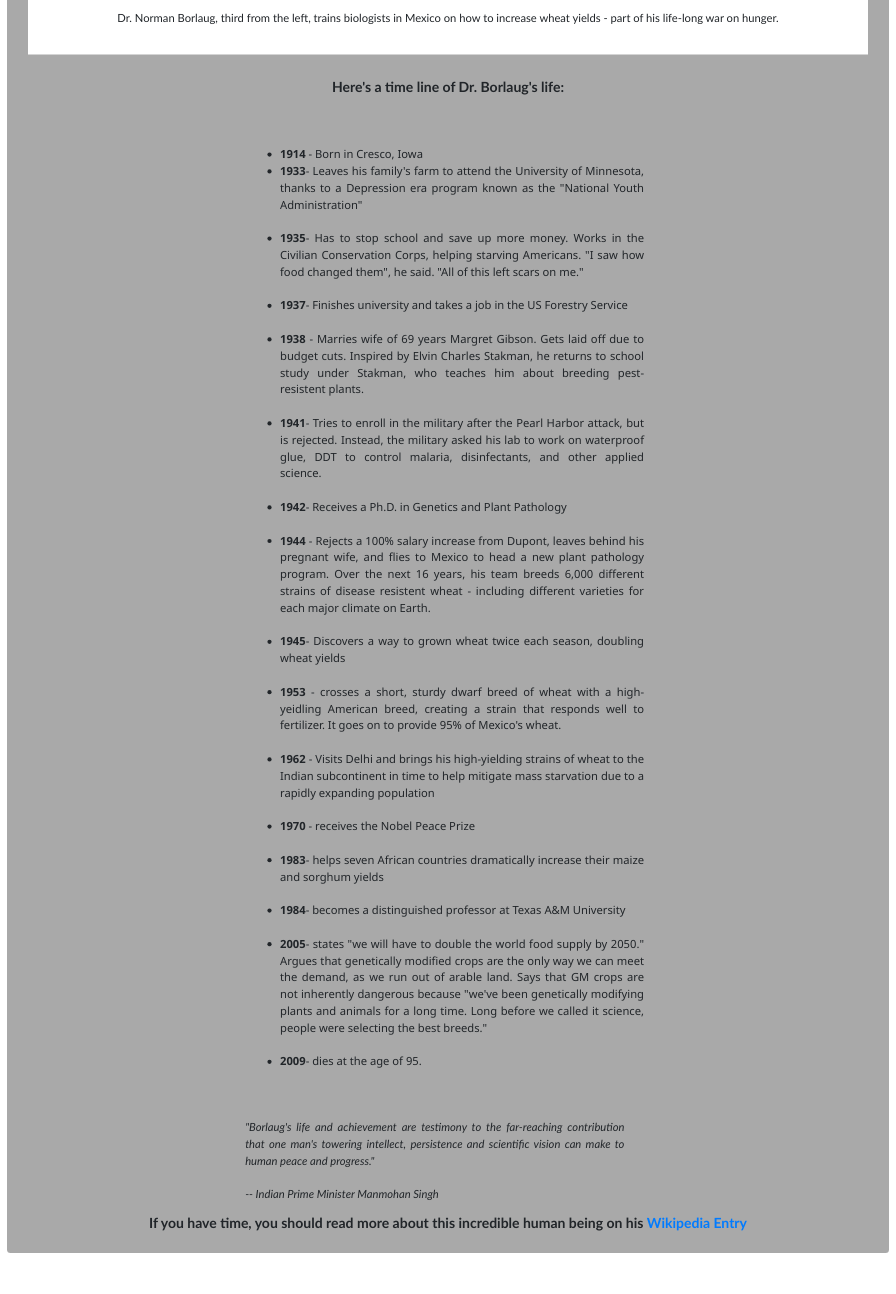
Repository: AbdulWahabRaza123/tributePage
Page: index.html
These files come from the project's save history. The page is drawn as it stood at one moment and after the next save; the edit follows.
The browser window is 1280 px wide. The pictures show the part of the page from y = 827 to 2747 px (the page is 2675 px tall before and 2747 px after), at 70% of full size.

Above is the page before, as saved 2021-09-02 17:48:32.

### index.html
<!doctype html>
<html lang="en">

<head>
    <!-- Required meta tags -->
    <meta charset="utf-8">
    <meta name="viewport" content="width=device-width, initial-scale=1, shrink-to-fit=no">

    <!-- Bootstrap CSS -->
    <link rel="stylesheet" href="https://cdn.jsdelivr.net/npm/bootstrap@4.6.0/dist/css/bootstrap.min.css" integrity="sha384-B0vP5xmATw1+K9KRQjQERJvTumQW0nPEzvF6L/Z6nronJ3oUOFUFpCjEUQouq2+l" crossorigin="anonymous">

    <title>FCC: Tribute Page</title>
    <link rel="stylesheet" href="new.css">
</head>

<body>
    <header id="Nav">
        <div class="A-Button">
            <center><a href="#" id="A-Link">A</a></center>
        </div>
        <img id="image" src="logo.PNG " alt="Logo " width:4px height:4px>
        <div class="Web-Name">
            <b>FCC: Tribute Page</b>
        </div>

        <a href="#" id="Web-Link">FreeCodeCamp.org</a>
        <button id="follow-button">+ Follow</button>

    </header>
    <main id="main">
        <br>
        <h1 id="title">Dr. Norman Borlaug</h1>
        The Man Who Saved the Millions Lives.

        <div id="img-div">
            <img div="image2" src="img.PNG" alt="Picture">
            <p div="img-caption"><br>Dr. Norman Borlaug, third from the left, trains biologists in Mexico on how to increase wheat yields - part of his life-long war on hunger.</p><br>
        </div>
        <div id="tribute-info">
            <b id="Heading">Here's a time line of Dr. Borlaug's life:</b>
            <ul id="Lists">
                <li><strong>1914</strong> - Born in Cresco, Iowa</li>
                <li><strong>1933</strong>- Leaves his family's farm to attend the University of Minnesota, thanks to a Depression era program known as the "National Youth Administration"</li>
                <br>
                <li><strong>1935</strong>- Has to stop school and save up more money. Works in the Civilian Conservation Corps, helping starving Americans. "I saw how food changed them", he said. "All of this left scars on me."</li>
                <br>
                <li><strong>1937</strong>- Finishes university and takes a job in the US Forestry Service</li>
                <br>
                <li><strong>1938</strong> - Marries wife of 69 years Margret Gibson. Gets laid off due to budget cuts. Inspired by Elvin Charles Stakman, he returns to school study under Stakman, who teaches him about breeding pest-resistent plants.</li>
                <br>
                <li><strong>1941</strong>- Tries to enroll in the military after the Pearl Harbor attack, but is rejected. Instead, the military asked his lab to work on waterproof glue, DDT to control malaria, disinfectants, and other applied science.</li>
                <br>
                <li><strong>1942</strong>- Receives a Ph.D. in Genetics and Plant Pathology</li>
                <br>
                <li><strong>1944 </strong> - Rejects a 100% salary increase from Dupont, leaves behind his pregnant wife, and flies to Mexico to head a new plant pathology program. Over the next 16 years, his team breeds 6,000 different strains of disease
                    resistent wheat - including different varieties for each major climate on Earth.</li>
                <br>
                <li><strong>1945</strong>- Discovers a way to grown wheat twice each season, doubling wheat yields</li>
                <br>
                <li><strong>1953</strong> - crosses a short, sturdy dwarf breed of wheat with a high-yeidling American breed, creating a strain that responds well to fertilizer. It goes on to provide 95% of Mexico's wheat.</li>
                <br>
                <li><strong>1962</strong> - Visits Delhi and brings his high-yielding strains of wheat to the Indian subcontinent in time to help mitigate mass starvation due to a rapidly expanding population</li>
                <br>
                <li><strong>1970 </strong>- receives the Nobel Peace Prize
                </li>
                <br>
                <li><strong>1983</strong>- helps seven African countries dramatically increase their maize and sorghum yields</li>
                <br>
                <li><strong>1984</strong>- becomes a distinguished professor at Texas A&M University</li>
                <br>
                <li><strong>2005</strong>- states "we will have to double the world food supply by 2050." Argues that genetically modified crops are the only way we can meet the demand, as we run out of arable land. Says that GM crops are not inherently dangerous
                    because "we've been genetically modifying plants and animals for a long time. Long before we called it science, people were selecting the best breeds."</li>
                <br>
                <li><strong>2009</strong>- dies at the age of 95. </ul>
            </li><br><i>
                    <p id="Note"> "Borlaug's life and achievement are testimony to the far-reaching contribution that one man's towering intellect, persistence and scientific vision can make to human peace and progress."<br><br> -- Indian Prime Minister Manmohan Singh
                    </p></i>
        </div><br><br>
        <h5><b>If you have time, you should read more about this incredible human being on his <a href="#">Wikipedia Entry</a></b>
        </h5><br>

    </main>
    <br><br>
    <!-- Optional JavaScript; choose one of the two! -->

    <!-- Option 1: jQuery and Bootstrap Bundle (includes Popper) -->
    <script src="https://code.jquery.com/jquery-3.5.1.slim.min.js " integrity="sha384-DfXdz2htPH0lsSSs5nCTpuj/zy4C+OGpamoFVy38MVBnE+IbbVYUew+OrCXaRkfj " crossorigin="anonymous "></script>
    <script src="https://cdn.jsdelivr.net/npm/bootstrap@4.6.0/dist/js/bootstrap.bundle.min.js " integrity="sha384-Piv4xVNRyMGpqkS2by6br4gNJ7DXjqk09RmUpJ8jgGtD7zP9yug3goQfGII0yAns " crossorigin="anonymous "></script>

    <!-- Option 2: Separate Popper and Bootstrap JS -->
    <!--
    <script src="https://code.jquery.com/jquery-3.5.1.slim.min.js " integrity="sha384-DfXdz2htPH0lsSSs5nCTpuj/zy4C+OGpamoFVy38MVBnE+IbbVYUew+OrCXaRkfj " crossorigin="anonymous "></script>
    <script src="https://cdn.jsdelivr.net/npm/popper.js@1.16.1/dist/umd/popper.min.js " integrity="sha384-9/reFTGAW83EW2RDu2S0VKaIzap3H66lZH81PoYlFhbGU+6BZp6G7niu735Sk7lN " crossorigin="anonymous "></script>
    <script src="https://cdn.jsdelivr.net/npm/bootstrap@4.6.0/dist/js/bootstrap.min.js " integrity="sha384-+YQ4JLhjyBLPDQt//I+STsc9iw4uQqACwlvpslubQzn4u2UU2UFM80nGisd026JF " crossorigin="anonymous "></script>
    -->
</body>

</html>

### new.css
header {
    background-color: black;
    padding: 8px;
    margin-bottom: 30px;
}

#image {
    float: left;
    margin-top: 8px;
}

.Web-Name {
    color: white;
    font-size: 22px;
    margin: 0px;
}

#Web-Link {
    color: white;
    opacity: 0.5;
    margin: 0px;
    font-size: 15px;
}

#Web-Link:hover {
    text-decoration: none;
    opacity: 1;
}

#follow-button {
    color: black;
    font-family: "Helvetica";
    font-size: 10px;
    background-color: greenyellow;
    border: 1px solid;
    border-color: black;
    border-radius: 3px;
    width: 60px;
    height: 20px;
    top: 50px;
    left: 50px;
    cursor: hand;
}

.A-Button {
    width: 50px;
    height: 50px;
    background-color: grey;
    float: right;
    font-size: 30px;
    border: 5px white;
    border-radius: 5px;
    margin: 3px;
}

#A-Link {
    text-decoration: none;
    color: white;
}

#A-Link:hover {
    text-decoration: none;
    color: black;
}

#main {
    background-color: darkgrey;
    margin: 10px;
    border: 5px black;
    border-radius: 5px;
    text-align: center;
    font-family: 'Gill Sans', 'Gill Sans MT', Calibri, 'Trebuchet MS', sans-serif;
}

#img-div {
    margin: 30px;
    background-color: white;
}

#image2 {
    margin: 5px;
}

#img-caption {
    padding-bottom: 20px;
}

#Heading {
    font-size: 20px;
    margin: 50px;
}

#Lists {
    text-align: justify;
    margin: 70px;
    margin-left: 350px;
    margin-right: 350px;
    line-height: 1.5;
    font-family: 'Segoe UI', Tahoma, Geneva, Verdana, sans-serif;
}

#Note {
    margin-left: 27%;
    margin-right: 30%;
    text-align: justify;
}

@media screen and (min-width: 576px) {
    #image2 {
        margin: 0px;
        padding: 0px;
        top: 0px;
        bottom: 0px;
        background-color: black;
    }
    #tribute-info {
        float: left;
    }
    #Lists {}
}

@media screen and (min-width: 768px) {
    #image2 {
        margin: 0px;
        padding: 0px;
        top: 0px;
        bottom: 0px;
        background-color: black;
    }
    #tribute-info {}
    #Lists {
        float: left;
    }
}

@media screen and (min-width: 992px) {
    #image2 {
        margin: 0px;
        padding: 0px;
        top: 0px;
        bottom: 0px;
        background-color: black;
    }
    #Lists {
        float: left;
    }
}

After the next save:
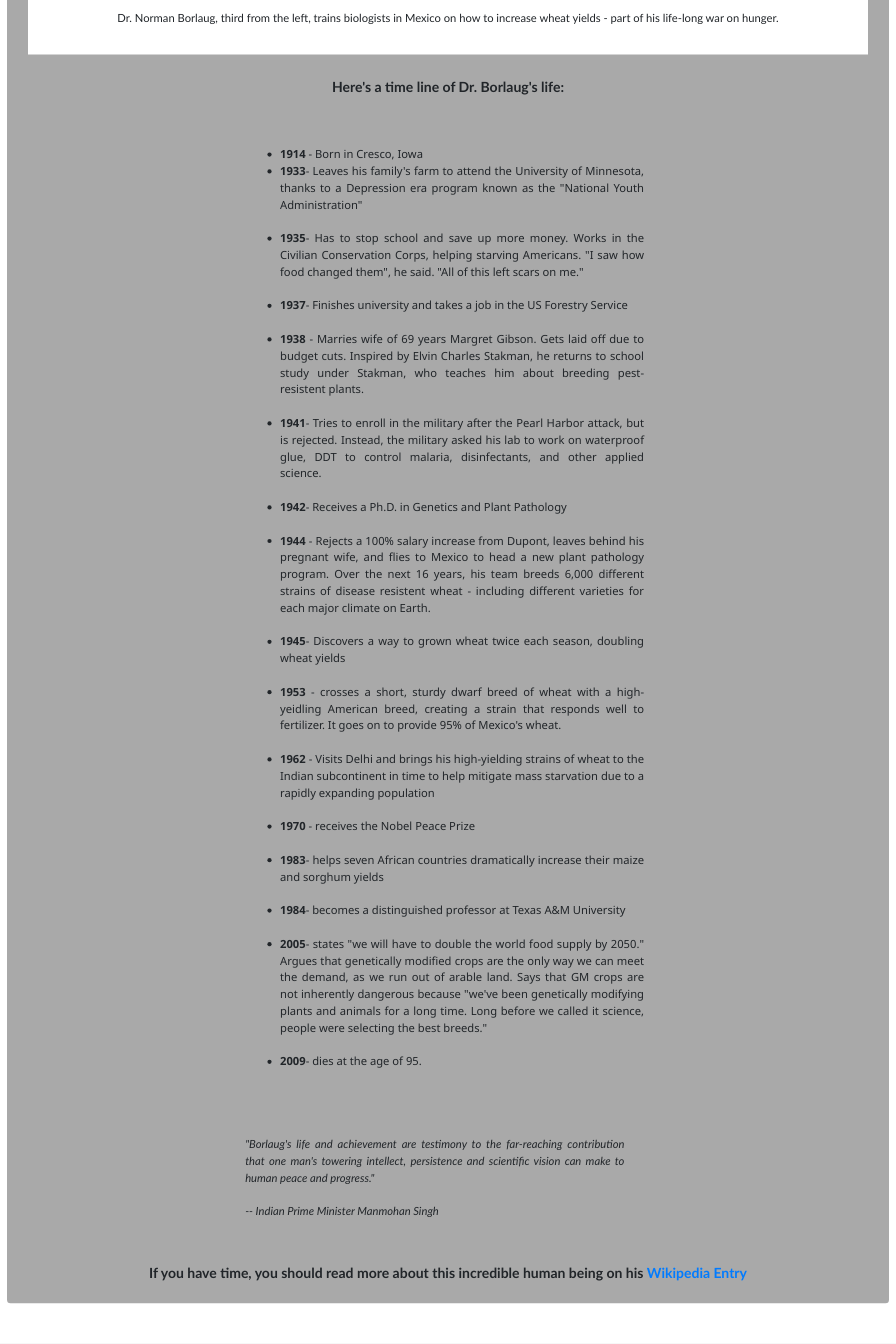
Saved 36 s later.
--- a/new.css
+++ b/new.css
@@ -105,7 +105,7 @@
     text-align: justify;
 }
 
-@media screen and (min-width: 576px) {
+@media screen and (max-width: 576px) {
     #image2 {
         margin: 0px;
         padding: 0px;
@@ -119,7 +119,7 @@
     #Lists {}
 }
 
-@media screen and (min-width: 768px) {
+@media screen and (max-width: 768px) {
     #image2 {
         margin: 0px;
         padding: 0px;
@@ -133,7 +133,7 @@
     }
 }
 
-@media screen and (min-width: 992px) {
+@media screen and (max-width: 992px) {
     #image2 {
         margin: 0px;
         padding: 0px;
